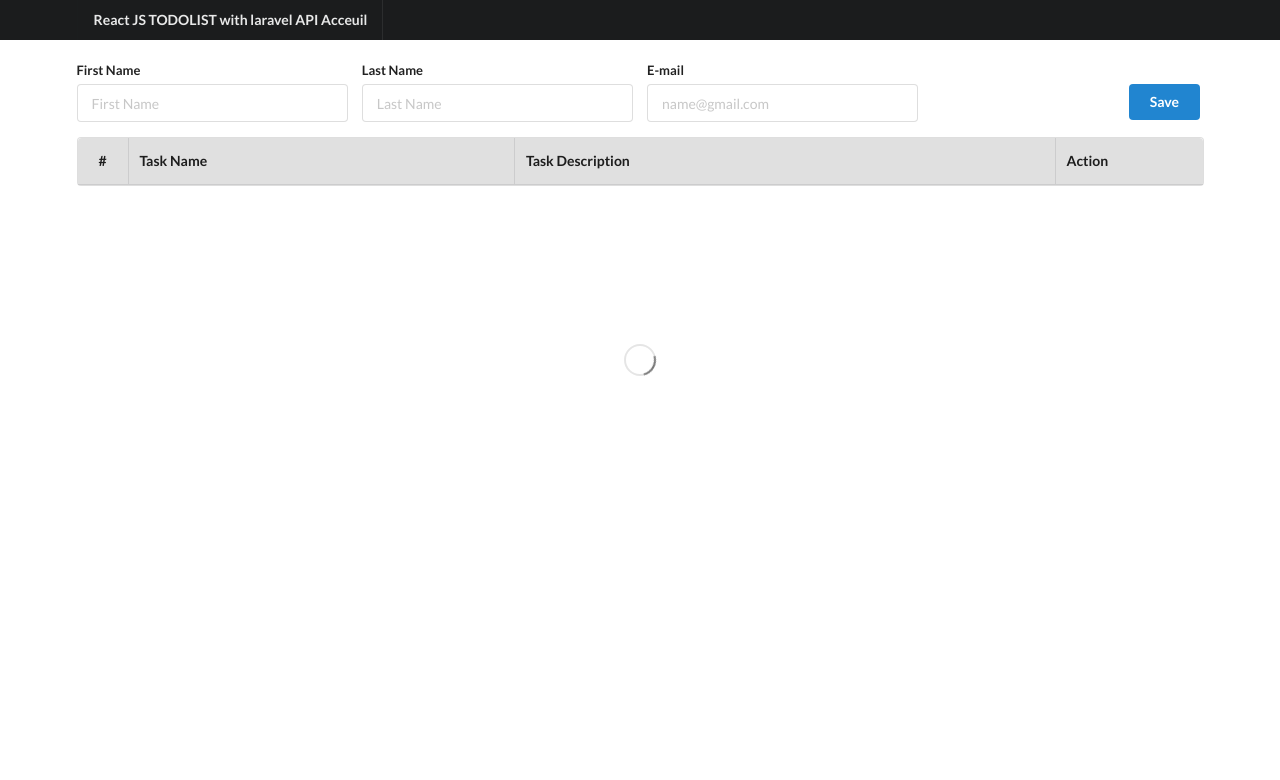
Repository: balkisys/react-js-crud
Page: /
These files come from the project's save history. The page is drawn as it stood at one moment and after the next save; the edit follows.
The browser window is 1280 px wide. The pictures show the whole page.
The page's requests for data from a server got no answer. The project was rebuilt for these pictures with package versions that can differ from the ones it lists, and the page was loaded fresh each time. No one was signed in, and anything a server would have sent is missing. Also part of the build but not shown: src/components/Customer.js.

Above is the page before, as saved 2021-02-07 08:22:25.

### public/index.html
<!DOCTYPE html>
<html lang="en">
  <head>
    <meta charset="utf-8" />
    <link rel="icon" href="%PUBLIC_URL%/favicon.ico" />
    <meta name="viewport" content="width=device-width, initial-scale=1" />
    <meta name="theme-color" content="#000000" />
    <meta
      name="description"
      content="Web site created using create-react-app"
    />
    <link rel="apple-touch-icon" href="%PUBLIC_URL%/logo192.png" />

    <link
    rel="stylesheet"
    href="https://cdnjs.cloudflare.com/ajax/libs/semantic-ui/2.4.1/semantic.min.css"
    />

    <!--
      manifest.json provides metadata used when your web app is installed on a
      user's mobile device or desktop. See https://developers.google.com/web/fundamentals/web-app-manifest/
    -->
    <link rel="manifest" href="%PUBLIC_URL%/manifest.json" />
    <!--
      Notice the use of %PUBLIC_URL% in the tags above.
      It will be replaced with the URL of the `public` folder during the build.
      Only files inside the `public` folder can be referenced from the HTML.

      Unlike "/favicon.ico" or "favicon.ico", "%PUBLIC_URL%/favicon.ico" will
      work correctly both with client-side routing and a non-root public URL.
      Learn how to configure a non-root public URL by running `npm run build`.
    -->
    <title>React App</title>
  </head>
  <body>
    <noscript>You need to enable JavaScript to run this app.</noscript>
    <div id="root"></div>
    <!--
      This HTML file is a template.
      If you open it directly in the browser, you will see an empty page.

      You can add webfonts, meta tags, or analytics to this file.
      The build step will place the bundled scripts into the <body> tag.

      To begin the development, run `npm start` or `yarn start`.
      To create a production bundle, use `npm run build` or `yarn build`.
    -->
  </body>
</html>

### src/index.js
import React from "react";
import ReactDOM from "react-dom";
import App from "./components/App";


ReactDOM.render(<App/>, document.querySelector("#root"));

### src/components/App.js
import React , {Component} from "react" ;
import axios from "axios";
import MyForm from "./MyForm";
import CustomerList from "./CustomerList";
import "./app.css";
import Loader from "./Loader";

class App extends Component {
    state = {

        customers: [],
        customer:{},
        loader: false,
        url: "http://127.0.0.1:8000/api/customers"
    };
    getCustomers = async () => {
        this.setState({ loader:true});
        const customers =  await axios.get(this.state.url);
        this.setState({ customers: customers.data, loader:false });
    }

       deleteCustomer =  async id => {
               this.setState({ loader : true});
             await  axios.delete(`${this.state.url}/${id}`);
             this.getCustomers();
       }

       createCustomer = async data => {
           this.setState({loader:true });
           await axios.post(this.state.url,{
               task_name: data.task_name,
               task_description: data.task_description,

           });
           this.getCustomers();
       } ;

       editCustomer = async (data) => {
          // clear customer obj
          this.setState({ customer: {} , loader: true }) ;
          await axios.put(`${this.state.url}/${data.id}`, {
            task_name: data.task_name,
            task_description: data.task_description,
          });
          this.getCustomers();
       }

    componentDidMount(){
        this.getCustomers();
    }

       onDelete = id => {
         // console.log ("app" , id );
         this.deleteCustomer(id);
       }

       onEdit = data => {

        //console.log ("app" , data );
        this.setState({ customer: data});

      }


      onFormSubmit = data => {
          //console.log("app" , data);
          if(data.isEdit) {
              this.editCustomer(data);
             // if is edit true
          } else {
                  // if is edit false
                  this.createCustomer(data);
          }
      };

    render () {
      return (
          <div>
          <div className="ui fixed inverted menu">
          <div className="ui container">

           <a href="/#" className="header item">
                          React JS TODOLIST  with laravel API Acceuil
               </a>


          </div>
          </div>
          <div className="ui main container">
           <MyForm customer={this.state.customer}  onFormSubmit={this.onFormSubmit }     />
           {
               this.state.loader ? <Loader/> : ""
           }
           <CustomerList
           customers={this.state.customers}
           onDelete={this.onDelete}
           onEdit={this.onEdit}

           />
          </div>
          </div>
      );
    }
}
export default App ;

### src/components/MyForm.js
import React , {Component} from "react" ;


class MyForm extends Component {
    state = {
        form: {first_name:'' , last_name:'', email:'', isEdit: false},
        btnName: "Save",
        btnClass:"ui primary button submit-button"
    };
    isEmpty(obj){
        return Object.entries(obj).length === 0  && obj.constructor === Object;

    }
    componentDidUpdate(prevProps) {
        if(prevProps !== this.props && !this.isEmpty(this.props.customer)) {
           this.setState({
               form: {...this.props.customer, isEdit: true},
               btnName: "Update",
               btnClass: "ui orange button submit-button"
           });

            // console.log("update");
        }

    }

    handleChange = event => {
        const {name, value } = event.target;
        let form = this.state.form;
        form[name] = value ;
        this.setState({ form });
    };

    onFormSubmit = (event) =>  {
       // prevent form submit
       event.preventDefault();
       // form validation
      if (this.formValidation()) {
          // send form data to app
          this.props.onFormSubmit(this.state.form);
      }
      // change the button to save
      this.setState({
          btnName: "Save",
          btnClass: "ui primary button submit-button"
      })
      // clear form fields
      this.clearFormFields()
    };
    formValidation = () => {
        // first name
        if(document.getElementsByName("first_name")[0].value === "" ){
           alert('Enter first name') ;
           return false ;
        }
        // last name
        if(document.getElementsByName("last_name")[0].value === "" ){
            alert('Enter last name') ;
            return false ;
         }
         // email
        if(document.getElementsByName("email")[0].value === "" ){
            alert('Enter email') ;
            return false ;
         }
         return true ;

    };
   clearFormFields = () => {
       // change form state
       this.setState({
        form: {first_name:'' , last_name:'', email:'', isEdit: false}

       });
       // clear form fields
       document.querySelector(".form").reset();
   };

   render() {
       return (
      <form className= "ui form">
       <div className="fields">
           <div className="four wide field">
           <label> First Name </label>
           <input
            type="text"
            name="first_name"
            placeholder="First Name"
            onChange={this.handleChange}
            value={this.state.form.first_name} />
           </div>

           <div className="four wide field">
           <label> Last Name </label>
           <input
           type="text"
            name="last_name"
            placeholder="Last Name"
            onChange={this.handleChange}
            value={this.state.form.last_name} />
           </div>

           <div className="four wide field">
           <label> E-mail </label>
           <input
           type="email"
            name="email"
            placeholder="name@gmail.com"
            onChange={this.handleChange}
            value={this.state.form.email}
            />
           </div>

           <div className="four wide field">
           <button  className={this.state.btnClass} onClick={this.onFormSubmit}>
                {this.state.btnName}
                </button>
           </div>

       </div>
      </form>
       );
   }


}
export default MyForm ;

### src/components/CustomerList.js
import React, {Component} from "react";
import Customer from "./Customer";

class CustomerList extends Component {
         onDelete = id => {
             this.props.onDelete(id);
              //console.log("customer list" , id);

         };
         onEdit = data => {
            this.props.onEdit(data);
            // console.log("customer list" , id);

        };

    render() {
        const customers = this.props.customers;
        return (
          <div className="data">
              <table className="ui celled table">
                <thead>
                     <tr>
                         <th style={{ width: '50px' , textAlign: "center"}}>#</th>
                         <th>Task Name</th>
                         <th>Task Description</th>
                         <th style={{ width: "148px"}}>Action </th>
                     </tr>
                    </thead>

                    <tbody>
                        {customers.map(customer=>{
                              return <Customer
                              customer={customer}
                              key={customer.id}
                              onDelete={this.onDelete}
                              onEdit={this.onEdit}
                              />;

                            })
                        }

                    </tbody>
              </table>

          </div>
        );
    }
}

export default CustomerList;

### src/components/app.css
.main.container{
    margin-top: 60px;
}
.submit-button {
    margin-top: 24px !important;
    float: right;
}

.data {
    margin-top: 15px;
}

thead tr th {
     background: #e0e0e0 !important;
}

.ui.inverted.dimmer {
    background-color:rgba(255, 255, 255, 0) !important;
}

### src/components/Loader.js
import React, { Component } from 'react'

 class Loader extends Component {
    render() {
        return (
            <div className="ui active inverted dimmer">
               <div className="ui loader"></div>
            </div>
        )
    }
}

export default Loader

After the next save:
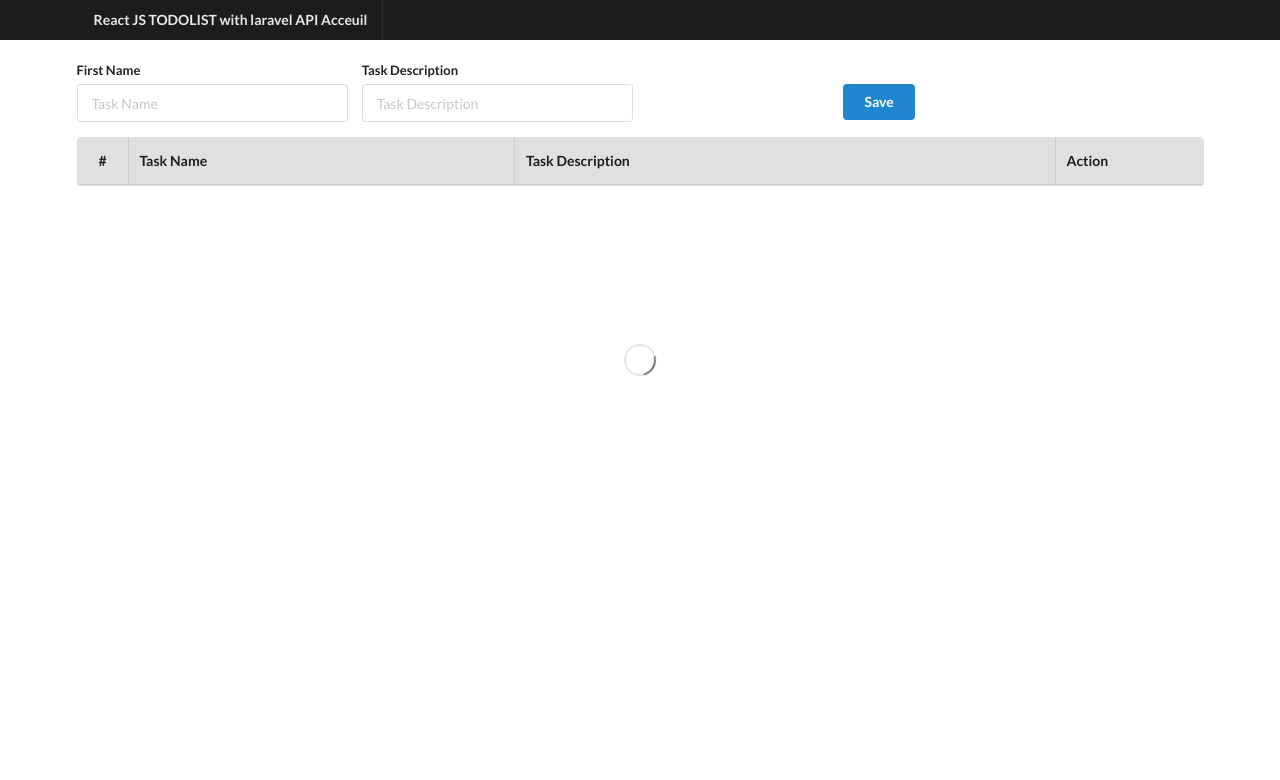
Saved 8 min 54 s later.
--- a/src/components/MyForm.js
+++ b/src/components/MyForm.js
@@ -84,31 +84,20 @@ class MyForm extends Component {
            <label> First Name </label>
            <input
             type="text"
-            name="first_name"
-            placeholder="First Name"
+            name="task_name"
+            placeholder="Task Name"
             onChange={this.handleChange}
-            value={this.state.form.first_name} />
+            value={this.state.form.task_name} />
            </div>
 
            <div className="four wide field">
-           <label> Last Name </label>
+           <label> Task Description </label>
            <input
            type="text"
-            name="last_name"
-            placeholder="Last Name"
+            name="task_description"
+            placeholder="Task Description"
             onChange={this.handleChange}
-            value={this.state.form.last_name} />
-           </div>
-
-           <div className="four wide field">
-           <label> E-mail </label>
-           <input
-           type="email"
-            name="email"
-            placeholder="name@gmail.com"
-            onChange={this.handleChange}
-            value={this.state.form.email}
-            />
+            value={this.state.form.task_description} />
            </div>
 
            <div className="four wide field">
